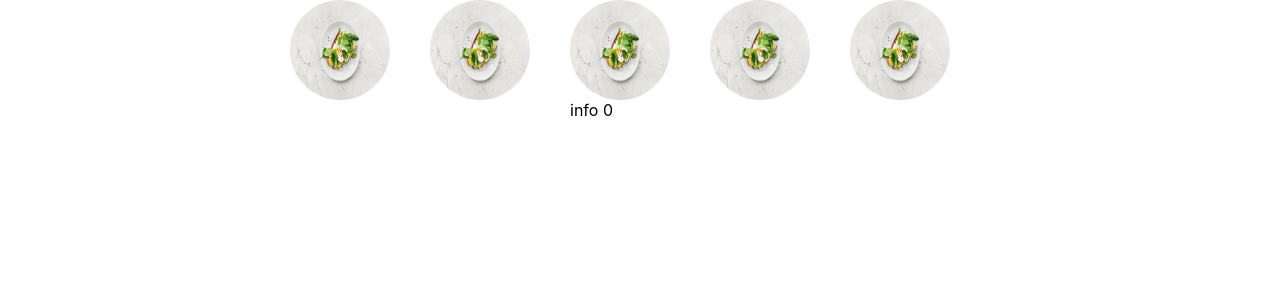
Repository: nambui98/slider
Page: /
The author's editor kept a copy of each file at every save. The page is drawn from the files as they stood at one save, then again after the next save.
The browser window is 1280 px wide. The pictures show the whole page.
The project was rebuilt for these pictures with package versions that can differ from the ones it lists, and the page was loaded fresh each time. Also part of the build but not shown: vite.config.ts.

Above is the page before, as saved 2022-04-12 10:00:09.

### src/App.tsx
import { useState } from 'react'
import Horizolsider from './components/horizolslider/Horizolsider'
import logo from './logo.svg'
import './App.css'
import "slick-carousel/slick/slick.css";
import "slick-carousel/slick/slick-theme.css";
function App() {
  const [count, setCount] = useState(0)

  return (
    <div className="App">
      <Horizolsider />
    </div>
  )
}

export default App

### src/components/horizolslider/Horizolsider.tsx
import React, { useEffect, useRef, useState } from 'react'
import styled from 'styled-components'
import Slider from "react-slick";
import image1 from '../../assets/images/pexels-daria-shevtsova-1095550.jpg'

type Props = {}

const Wrapper = styled.div`
    width: 700px;
    margin: auto;

    /* margin: auto; */
    /* overflow-x: scroll; */
    .overlay{
        display: flex;
        align-items: center;
        height: 500px;

        /* width: 100%; */
        /* height: 500px; */

    }
`
const Item = styled.div`
    /* position: relative;
     */
    /* margin: 0 15px; */
    .info{
        visibility: hidden;
    }
    img{
        width: 100px;
        height: 100px;
        border-radius: 50%;
        transition: all .3s;
    }
    &.active{
        img{
            /* transform: scale(1.5) */
        }
        .info{
            visibility: visible;
        }
    }
`
const Horizolsider = (props: Props) => {
    const [activeIndex, setActiveIndex] = useState(0);
    const settings = {
        dots: false,
        infinite: true,
        speed: 500,
        slidesToShow: 5,
        slidesToScroll: 1,
        centerMode: true,
        focusOnSelect: true,
        centerPadding: '0px',
        // adaptiveHeight: true,
        beforeChange: (current: any, next: any) => {
            setActiveIndex(next)

        },
    };

    return (
        // <div style={{ display: "flex", justifyContent: "center", alignItems: "center" }}>
        <Wrapper>
            <Slider {...settings}>

                {
                    [...Array(10).keys()].map((i, index) =>
                        <Item className={`${index === activeIndex && "active"}`}>
                            <img src={image1} alt="" />
                            <div className="info">info {i}</div>
                        </Item>
                    )
                }
            </Slider>
        </Wrapper>
        // </div>
    )
}
export default Horizolsider

Loaded but not shown: index.html (common file); src/main.tsx (common file); src/index.css (common file); src/App.css (common file)

After the next save:
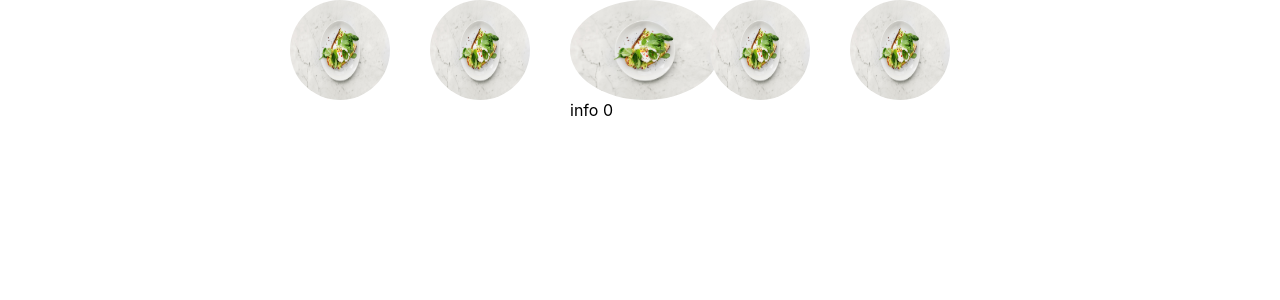
Saved 36 s later.
--- a/src/components/horizolslider/Horizolsider.tsx
+++ b/src/components/horizolslider/Horizolsider.tsx
@@ -36,6 +36,7 @@ const Item = styled.div`
     }
     &.active{
         img{
+            width: 150px;
             /* transform: scale(1.5) */
         }
         .info{
